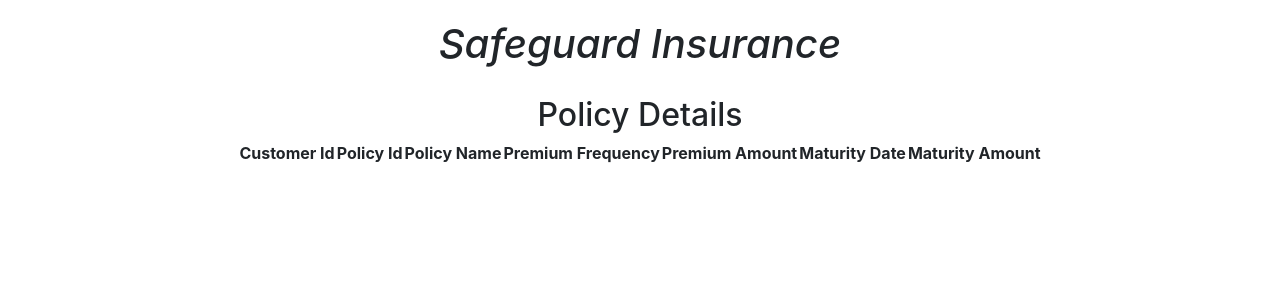
Repository: Rekha2903/SpringBootAssignmentThree
Page: http://localhost/PolicyDetail
These files come from the project's save history. The page is drawn as it stood at one moment and after the next save; the edit follows.
The browser window is 1280 px wide. The pictures show the whole page.
The page is this project's Thymeleaf template; nobody is signed in. The template is opened directly, without the code that normally fills it, so the values that code supplies are empty.

Above is the page before, as saved 2020-04-01 12:26:15.

### AssignmentThree/src/main/resources/templates/PolicyDetail.html
<html xmlns:th="http://www.thymeleaf.org">
<head>
<!-- Required meta tags -->

<meta charset="ISO-8859-1">
<meta name="viewport"
	content="width=device-width, initial-scale=1, shrink-to-fit=no">
<!-- Bootstrap CSS -->
<link rel="stylesheet"
	href="https://stackpath.bootstrapcdn.com/bootstrap/4.3.1/css/bootstrap.min.css"
	>
<title>Policy Details</title>
</head>
<body>
<body>
	<form action="/home" th:object="${policyDetail}" method="GET"></form>

		<h1 align="center" style = "padding-top: 20px ; padding-bottom: 20px"><i>Safeguard Insurance</i></h1>
		<h2 align="center">Policy Details</h2>
		<table align="center">
		<tr>
			<th>Customer Id</th>
			<th>Policy Id</th>
			<th>Policy Name</th>
			<th>Premium Frequency</th>
			<th>Premium Amount</th>
			<th>Maturity Date</th>
			<th>Maturity Amount</th>
		</tr>
		<tr class="clickable text-center"  th:each="p : ${policyDetail.list}">
			<td id="tableData" th:text="${p.customerId}"></td>
			<td id="tableData" th:text="${p.policyId}"></td>
			<td id="tableData" th:text="${p.policyName}"></td>
			<td id="tableData" th:text="${p.premiumFrequency}"></td>
			<td id="tableData" th:text="${p.premiumAmount}"></td>
			<td id="tableData" th:text="${p.maturityDate}"></td>
			<td id="tableData" th:text="${p.maturityAmount}"></td>
		</tr>
	</table>
	</body>
</body>
</html>

After the next save:
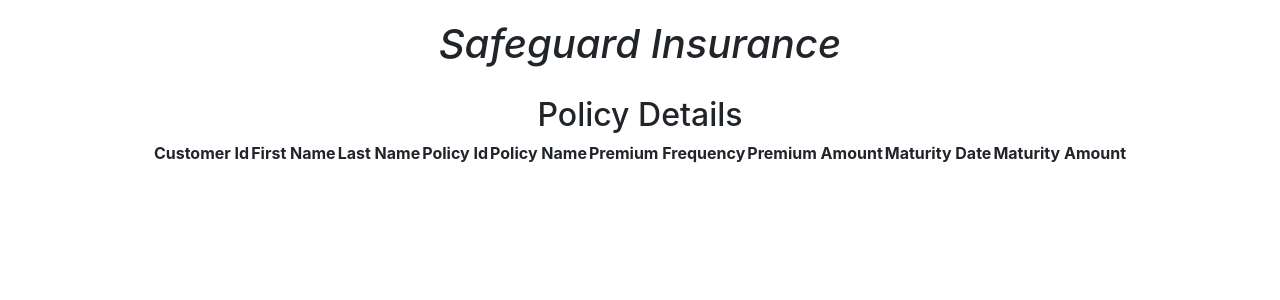
Saved 39 s later.
--- a/AssignmentThree/src/main/resources/templates/PolicyDetail.html
+++ b/AssignmentThree/src/main/resources/templates/PolicyDetail.html
@@ -20,6 +20,8 @@
 		<table align="center">
 		<tr>
 			<th>Customer Id</th>
+			<th>First Name</th>
+			<th>Last Name</th>
 			<th>Policy Id</th>
 			<th>Policy Name</th>
 			<th>Premium Frequency</th>
